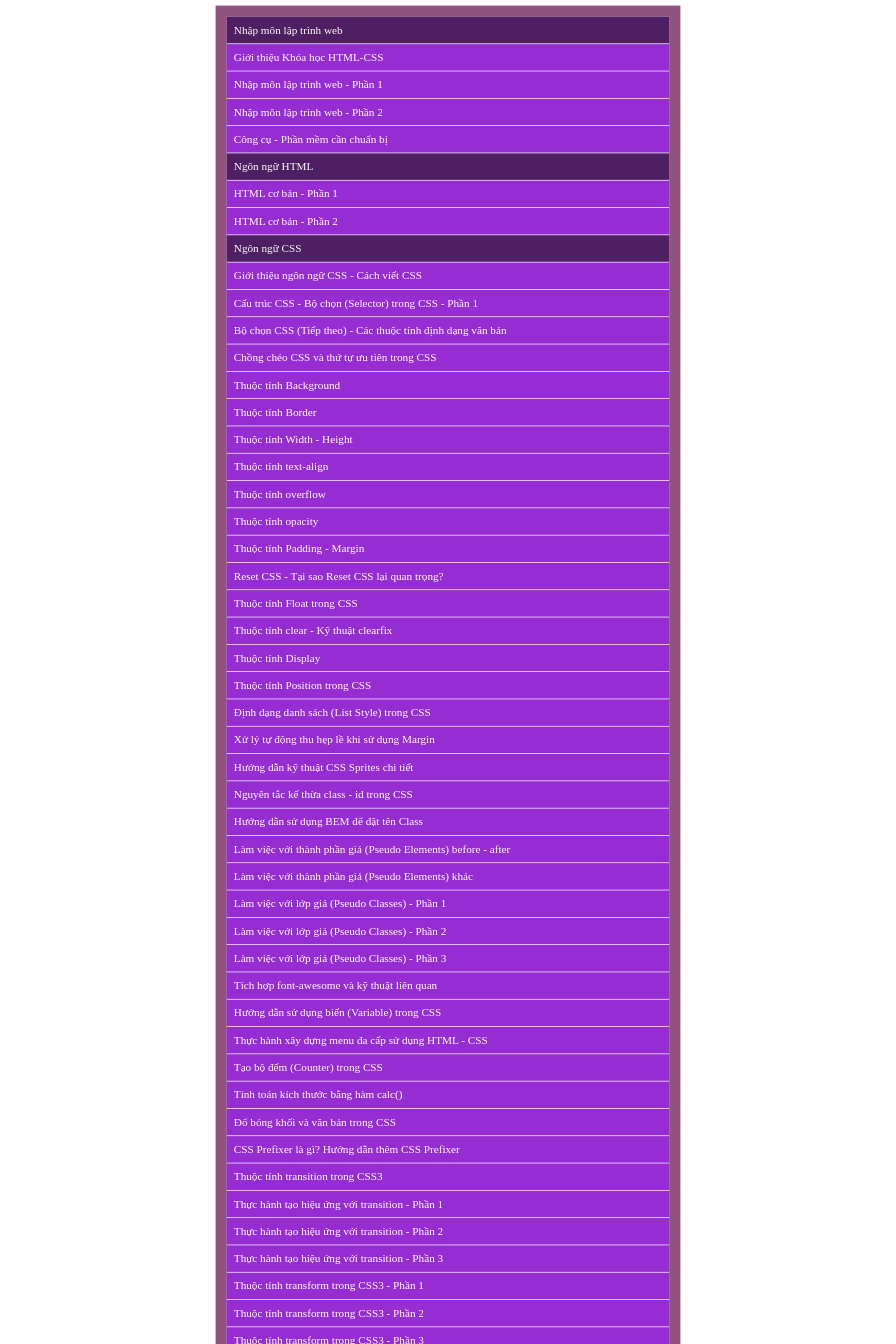
Repository: Dongnguyen318/Quydong
Page: Day 29/index.html
These files come from the project's save history. The page is drawn as it stood at one moment and after the next save; the edit follows.
The browser window is 1280 px wide. The pictures show the part of the page from y = 0 to 1920 px (the page is 4650 px tall), at 70% of full size.

Above is the page before, as saved 2023-10-01 00:51:16.
Not found: Day 29/ex.js

### Day 29/index.html
<!DOCTYPE html>
<html>
  <head>
    <link rel="stylesheet" href="./css.css" />
  </head>
  <body>
    <div class="list-hidden"></div>
    <div id="dragList" class="list">
      <div class="active list-item" draggable="true">
        Nhập môn lập trình web
      </div>
      <div class="list-item" draggable="true">Giới thiệu Khóa học HTML-CSS</div>
      <div class="list-item" draggable="true">
        Nhập môn lập trình web - Phần 1
      </div>
      <div class="list-item" draggable="true">
        Nhập môn lập trình web - Phần 2
      </div>
      <div class="list-item" draggable="true">
        Công cụ - Phần mềm cần chuẩn bị
      </div>
      <div class="active list-item" draggable="true">Ngôn ngữ HTML</div>
      <div class="list-item" draggable="true">HTML cơ bản - Phần 1</div>
      <div class="list-item" draggable="true">HTML cơ bản - Phần 2</div>
      <div class="active list-item" draggable="true">Ngôn ngữ CSS</div>
      <div class="list-item" draggable="true">
        Giới thiệu ngôn ngữ CSS - Cách viết CSS
      </div>
      <div class="list-item" draggable="true">
        Cấu trúc CSS - Bộ chọn (Selector) trong CSS - Phần 1
      </div>
      <div class="list-item" draggable="true">
        Bộ chọn CSS (Tiếp theo) - Các thuộc tính định dạng văn bản
      </div>
      <div class="list-item" draggable="true">
        Chồng chéo CSS và thứ tự ưu tiên trong CSS
      </div>
      <div class="list-item" draggable="true">Thuộc tính Background</div>
      <div class="list-item" draggable="true">Thuộc tính Border</div>
      <div class="list-item" draggable="true">Thuộc tính Width - Height</div>
      <div class="list-item" draggable="true">Thuộc tính text-align</div>
      <div class="list-item" draggable="true">Thuộc tính overflow</div>
      <div class="list-item" draggable="true">Thuộc tính opacity</div>
      <div class="list-item" draggable="true">Thuộc tính Padding - Margin</div>
      <div class="list-item" draggable="true">
        Reset CSS - Tại sao Reset CSS lại quan trọng?
      </div>
      <div class="list-item" draggable="true">Thuộc tính Float trong CSS</div>
      <div class="list-item" draggable="true">
        Thuộc tính clear - Kỹ thuật clearfix
      </div>
      <div class="list-item" draggable="true">Thuộc tính Display</div>
      <div class="list-item" draggable="true">
        Thuộc tính Position trong CSS
      </div>
      <div class="list-item" draggable="true">
        Định dạng danh sách (List Style) trong CSS
      </div>
      <div class="list-item" draggable="true">
        Xử lý tự động thu hẹp lề khi sử dụng Margin
      </div>
      <div class="list-item" draggable="true">
        Hướng dẫn kỹ thuật CSS Sprites chi tiết
      </div>
      <div class="list-item" draggable="true">
        Nguyên tắc kế thừa class - id trong CSS
      </div>
      <div class="list-item" draggable="true">
        Hướng dẫn sử dụng BEM để đặt tên Class
      </div>
      <div class="list-item" draggable="true">
        Làm việc với thành phần giả (Pseudo Elements) before - after
      </div>
      <div class="list-item" draggable="true">
        Làm việc với thành phần giả (Pseudo Elements) khác
      </div>
      <div class="list-item" draggable="true">
        Làm việc với lớp giả (Pseudo Classes) - Phần 1
      </div>
      <div class="list-item" draggable="true">
        Làm việc với lớp giả (Pseudo Classes) - Phần 2
      </div>
      <div class="list-item" draggable="true">
        Làm việc với lớp giả (Pseudo Classes) - Phần 3
      </div>
      <div class="list-item" draggable="true">
        Tích hợp font-awesome và kỹ thuật liên quan
      </div>
      <div class="list-item" draggable="true">
        Hướng dẫn sử dụng biến (Variable) trong CSS
      </div>
      <div class="list-item" draggable="true">
        Thực hành xây dựng menu đa cấp sử dụng HTML - CSS
      </div>
      <div class="list-item" draggable="true">
        Tạo bộ đếm (Counter) trong CSS
      </div>
      <div class="list-item" draggable="true">
        Tính toán kích thước bằng hàm calc()
      </div>
      <div class="list-item" draggable="true">
        Đổ bóng khối và văn bản trong CSS
      </div>
      <div class="list-item" draggable="true">
        CSS Prefixer là gì? Hướng dẫn thêm CSS Prefixer
      </div>
      <div class="list-item" draggable="true">
        Thuộc tính transition trong CSS3
      </div>
      <div class="list-item" draggable="true">
        Thực hành tạo hiệu ứng với transition - Phần 1
      </div>
      <div class="list-item" draggable="true">
        Thực hành tạo hiệu ứng với transition - Phần 2
      </div>
      <div class="list-item" draggable="true">
        Thực hành tạo hiệu ứng với transition - Phần 3
      </div>
      <div class="list-item" draggable="true">
        Thuộc tính transform trong CSS3 - Phần 1
      </div>
      <div class="list-item" draggable="true">
        Thuộc tính transform trong CSS3 - Phần 2
      </div>
      <div class="list-item" draggable="true">
        Thuộc tính transform trong CSS3 - Phần 3
      </div>
      <div class="list-item" draggable="true">
        Background Gradient trong CSS3
      </div>
      <div class="list-item" draggable="true">
        Kỹ thuật làm việc với flexbox - Phần 1
      </div>
      <div class="list-item" draggable="true">
        Kỹ thuật làm việc với flexbox - Phần 2
      </div>
      <div class="list-item" draggable="true">
        Kỹ thuật làm việc với flexbox - Phần 3
      </div>
      <div class="list-item" draggable="true">
        Thực hành với flexbox - Phần 1
      </div>
      <div class="list-item" draggable="true">
        Thực hành với flexbox - Phần 2
      </div>
      <div class="list-item" draggable="true">
        Kỹ thuật dựng layout với Grid CSS3
      </div>
      <div class="list-item" draggable="true">
        Tạo hiệu ứng với Animate trong CSS3
      </div>
      <div class="list-item" draggable="true">
        Thực hành tạo hiệu ứng với Animation trong CSS3 - Phần 1
      </div>
      <div class="list-item" draggable="true">
        Thực hành tạo hiệu ứng với Animation trong CSS3 - Phần 2
      </div>
      <div class="list-item" draggable="true">
        Tích hợp và sử dụng thư viện animate.css để tạo hiệu ứng
      </div>
      <div class="list-item" draggable="true">
        Tự xây dựng Grid System để dựng layout với CSS - Phần 1
      </div>
      <div class="list-item" draggable="true">
        Tự xây dựng Grid System để dựng layout với CSS - Phần 2
      </div>
      <div class="active list-item" draggable="true">Responsive Web Design</div>
      <div class="list-item" draggable="true">
        Tổng quan về Responsive Web Design
      </div>
      <div class="list-item" draggable="true">
        Hướng dẫn code Media Queries CSS3
      </div>
      <div class="list-item" draggable="true">
        Tối ưu Responsive Grid System - Phần 1
      </div>
      <div class="list-item" draggable="true">
        Tối ưu Responsive Grid System - Phần 2
      </div>
      <div class="list-item" draggable="true">
        Xây dựng menu responsive chỉ với CSS
      </div>
      <div class="active list-item" draggable="true">
        Xây dựng dự án Nature từ A - Z
      </div>
      <div class="list-item" draggable="true">
        Tổng quan và hướng dẫn xây dựng dự án
      </div>
      <div class="list-item" draggable="true">
        Phân tích và tạo cấu trúc files, folder
      </div>
      <div class="list-item" draggable="true">
        Cài đặt công cụ - Thiết lập load file header - footer
      </div>
      <div class="list-item" draggable="true">
        Thiết lập định dạng chung cho file reset.css - base.css
      </div>
      <div class="list-item" draggable="true">Xây dựng Header - Phần 1</div>
      <div class="list-item" draggable="true">Xây dựng Header - Phần 2</div>
      <div class="list-item" draggable="true">Xây dựng Header - Phần 3</div>
      <div class="list-item" draggable="true">HomePage - Xây dựng Slider</div>
      <div class="list-item" draggable="true">
        HomePage - Xây dựng Service Section
      </div>
      <div class="list-item" draggable="true">
        HomePage - Xây dựng Gallery Ảnh
      </div>
      <div class="list-item" draggable="true">
        HomePage - Xây dựng Product Box - Phần 1
      </div>
      <div class="list-item" draggable="true">
        HomePage - Xây dựng Product Box - Phần 2
      </div>
      <div class="list-item" draggable="true">
        HomePage - Xây dựng Product Box - Phần 3
      </div>
      <div class="list-item" draggable="true">
        HomePage - Xây dựng Product Box - Phần 4
      </div>
      <div class="list-item" draggable="true">
        HomePage - Xây dựng Testimonials Box
      </div>
      <div class="list-item" draggable="true">
        HomePage - Xây dựng Support Box
      </div>
      <div class="list-item" draggable="true">HomePage - Xây dựng News Box</div>
      <div class="list-item" draggable="true">
        HomePage - Xây dựng Brand Box
      </div>
      <div class="list-item" draggable="true">Xây dựng Footer - Phần 1</div>
      <div class="list-item" draggable="true">Xây dựng Footer - Phần 2</div>
      <div class="list-item" draggable="true">
        Xây dựng nút Back To Top Animate
      </div>
      <div class="list-item" draggable="true">
        HomePage - Tối ưu Responsive - Phần 1
      </div>
      <div class="list-item" draggable="true">
        HomePage - Tối ưu Responsive - Phần 2
      </div>
      <div class="list-item" draggable="true">
        HomePage - Tối ưu Responsive - Phần 3
      </div>
      <div class="list-item" draggable="true">
        Category Page - Xây dựng Breadcrumbs
      </div>
      <div class="list-item" draggable="true">
        Category Page - Xây dựng Sidebar - Phần 1
      </div>
      <div class="list-item" draggable="true">
        Category Page - Xây dựng Sidebar - Phần 2
      </div>
      <div class="list-item" draggable="true">
        Category Page - Xây dựng Sidebar - Phần 3
      </div>
      <div class="list-item" draggable="true">
        Category Page - Xây dựng Product Filters
      </div>
      <div class="list-item" draggable="true">
        Category Page - Xây dựng Product Box và Phân trang
      </div>
      <div class="list-item" draggable="true">
        Category Page - Tối ưu Responsive
      </div>
      <div class="list-item" draggable="true">Product Detail Page - Phần 1</div>
      <div class="list-item" draggable="true">Product Detail Page - Phần 2</div>
      <div class="list-item" draggable="true">Product Detail Page - Phần 3</div>
      <div class="list-item" draggable="true">Product Detail Page - Phần 4</div>
      <div class="list-item" draggable="true">Product Detail Page - Phần 5</div>
      <div class="list-item" draggable="true">Product Detail Page - Phần 6</div>
      <div class="list-item" draggable="true">
        Product Detail Page - Tối ưu Responsive
      </div>
      <div class="list-item" draggable="true">
        Tối ưu và hoàn thiện dự án Nature
      </div>
      <div class="list-item" draggable="true">
        Thử thách - Hiểu rõ hơn công việc cắt PSD sang HTML-CSS
      </div>
      <div class="active list-item" draggable="true">
        Deployment Github - Server
      </div>
      <div class="list-item" draggable="true">Tổng quan về GIT - GitHub</div>
      <div class="list-item" draggable="true">
        Hướng dẫn đăng ký tài khoản GitHub
      </div>
      <div class="list-item" draggable="true">
        Tạo Repository và Push code lên GitHub
      </div>
      <div class="list-item" draggable="true">
        Tạo GitHub Pages và xuất bản website
      </div>
      <div class="list-item" draggable="true">
        Cập nhật chỉnh sửa lên GitHub
      </div>
      <div class="list-item" draggable="true">
        Thêm tên miền riêng cho GitHub Pages
      </div>
      <div class="list-item" draggable="true">
        Trỏ tên miền qua Cloudflare và kích hoạt HTTPS
      </div>
      <div class="list-item" draggable="true">Thêm Favicon cho website</div>
    </div>

    <script src="ex.js"></script>
  </body>
</html>

### Day 29/css.css
.list {
  list-style: none;
  padding: 0;
  width: 50%;
  margin: auto;
  border: 1rem solid #90537d;
  color: white;
}

.list-item {
  background-color: #962dd2;
  padding: 10px;
  margin-bottom: 1px;
  cursor: move;
}
.active.list-item {
  background-color: #4e1f62;
}

After the next save:
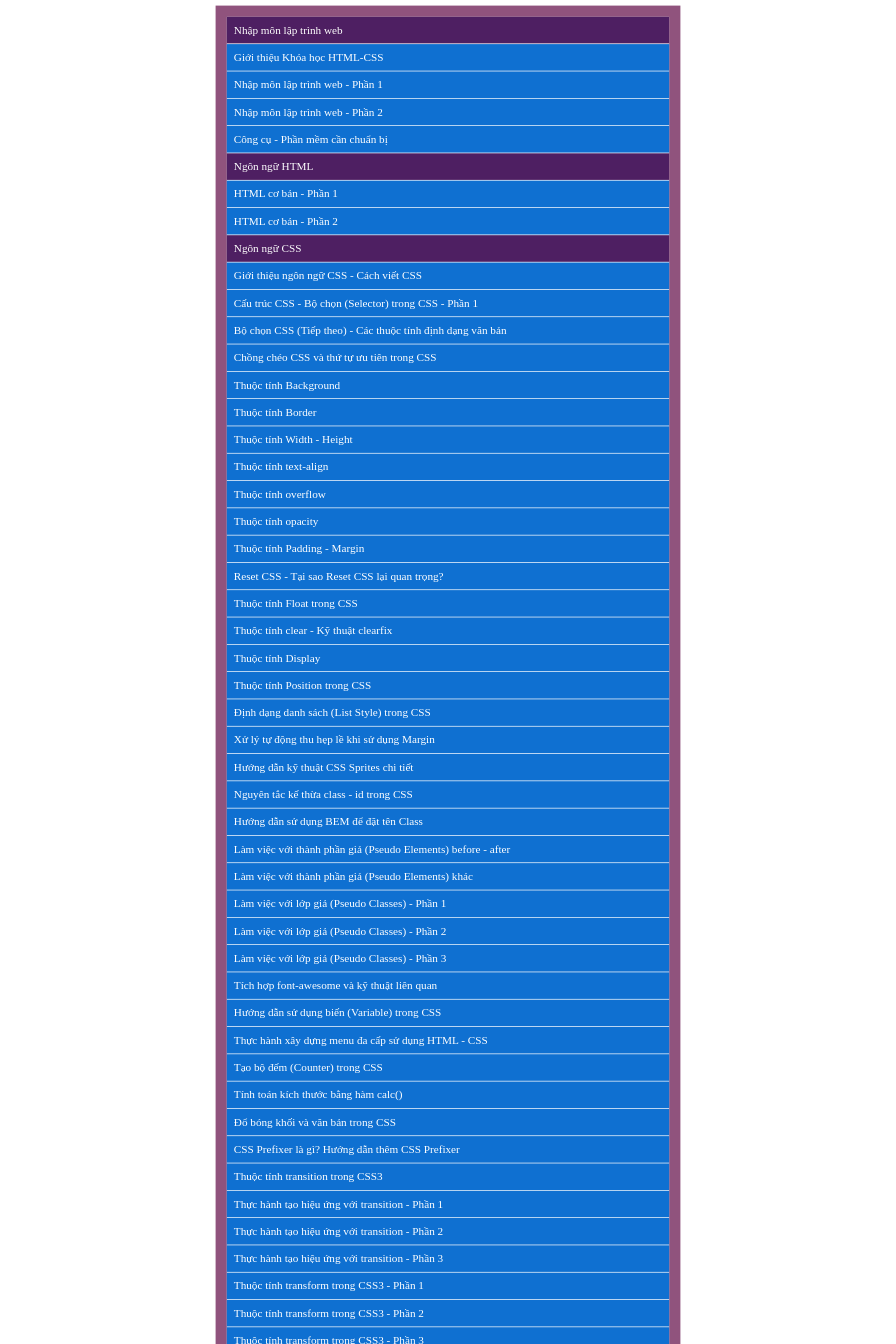
Saved 53 s later.
--- a/Day 29/css.css
+++ b/Day 29/css.css
@@ -8,7 +8,7 @@
 }
 
 .list-item {
-  background-color: #962dd2;
+  background-color: #0f70d1;
   padding: 10px;
   margin-bottom: 1px;
   cursor: move;
